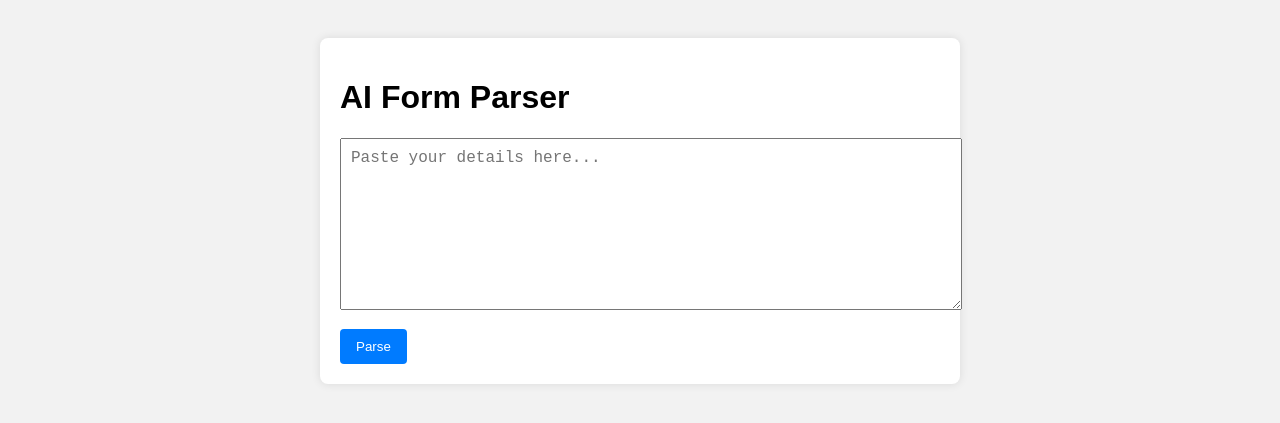
Repository: Mohitkumar1322/AIForm
Page: http://localhost/
An editor plug-in stored every save of this project. The page is shown before and after the next save, followed by the edit.
The browser window is 1280 px wide. The pictures show the whole page.
The page is served by the project's application, run on Flask 3 (main.py).

Above is the page before, as saved 2025-07-18 10:27:36.

After the next save:
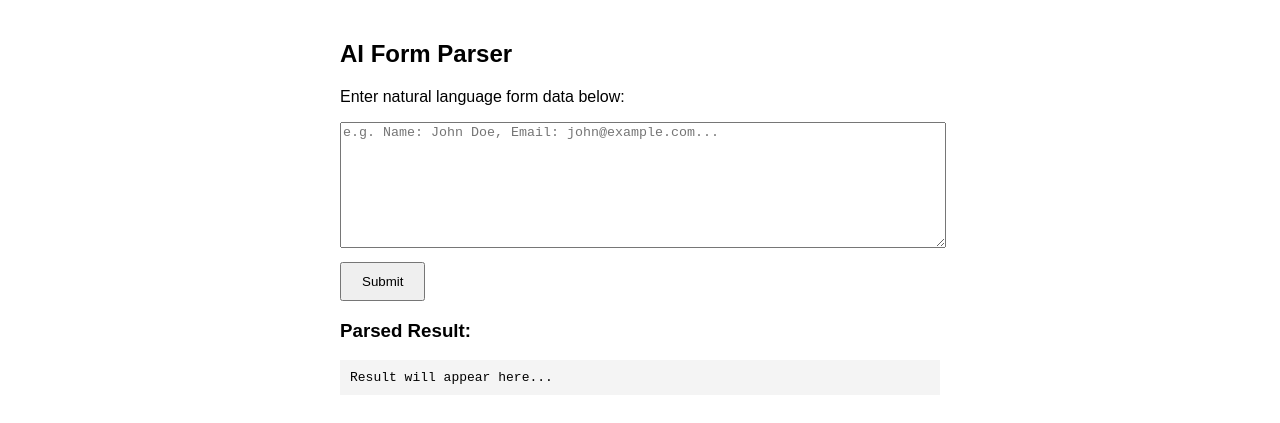
Saved 55 s later.
--- a/templates/index.html
+++ b/templates/index.html
@@ -1,17 +1,57 @@
 <!DOCTYPE html>
-<html lang="en">
+<html>
 <head>
-  <meta charset="UTF-8">
-  <title>AI Form Parser</title>
-  <link rel="stylesheet" href="{{ url_for('static', filename='style.css') }}">
+    <title>AI Form Parser</title>
+    <style>
+        body {
+            font-family: sans-serif;
+            max-width: 600px;
+            margin: auto;
+            padding: 20px;
+        }
+        textarea {
+            width: 100%;
+            height: 120px;
+        }
+        button {
+            padding: 10px 20px;
+            margin-top: 10px;
+        }
+        pre {
+            background-color: #f4f4f4;
+            padding: 10px;
+        }
+    </style>
 </head>
 <body>
-  <div class="container">
-    <h1>AI Form Parser</h1>
-    <form method="POST">
-      <textarea name="user_input" placeholder="Paste your details here..." required></textarea>
-      <button type="submit">Parse</button>
-    </form>
-  </div>
+    <h2>AI Form Parser</h2>
+    <p>Enter natural language form data below:</p>
+    <textarea id="prompt" placeholder="e.g. Name: John Doe, Email: john@example.com..."></textarea>
+    <br>
+    <button onclick="submitForm()">Submit</button>
+    <h3>Parsed Result:</h3>
+    <pre id="result">Result will appear here...</pre>
+
+    <script>
+        async function submitForm() {
+            const prompt = document.getElementById("prompt").value;
+            const resultBox = document.getElementById("result");
+
+            const response = await fetch("/parse-form", {
+                method: "POST",
+                headers: {
+                    "Content-Type": "application/json"
+                },
+                body: JSON.stringify({ prompt })
+            });
+
+            const data = await response.json();
+            if (data.status === "success") {
+                resultBox.textContent = data.result;
+            } else {
+                resultBox.textContent = "Error: " + data.message;
+            }
+        }
+    </script>
 </body>
 </html>
